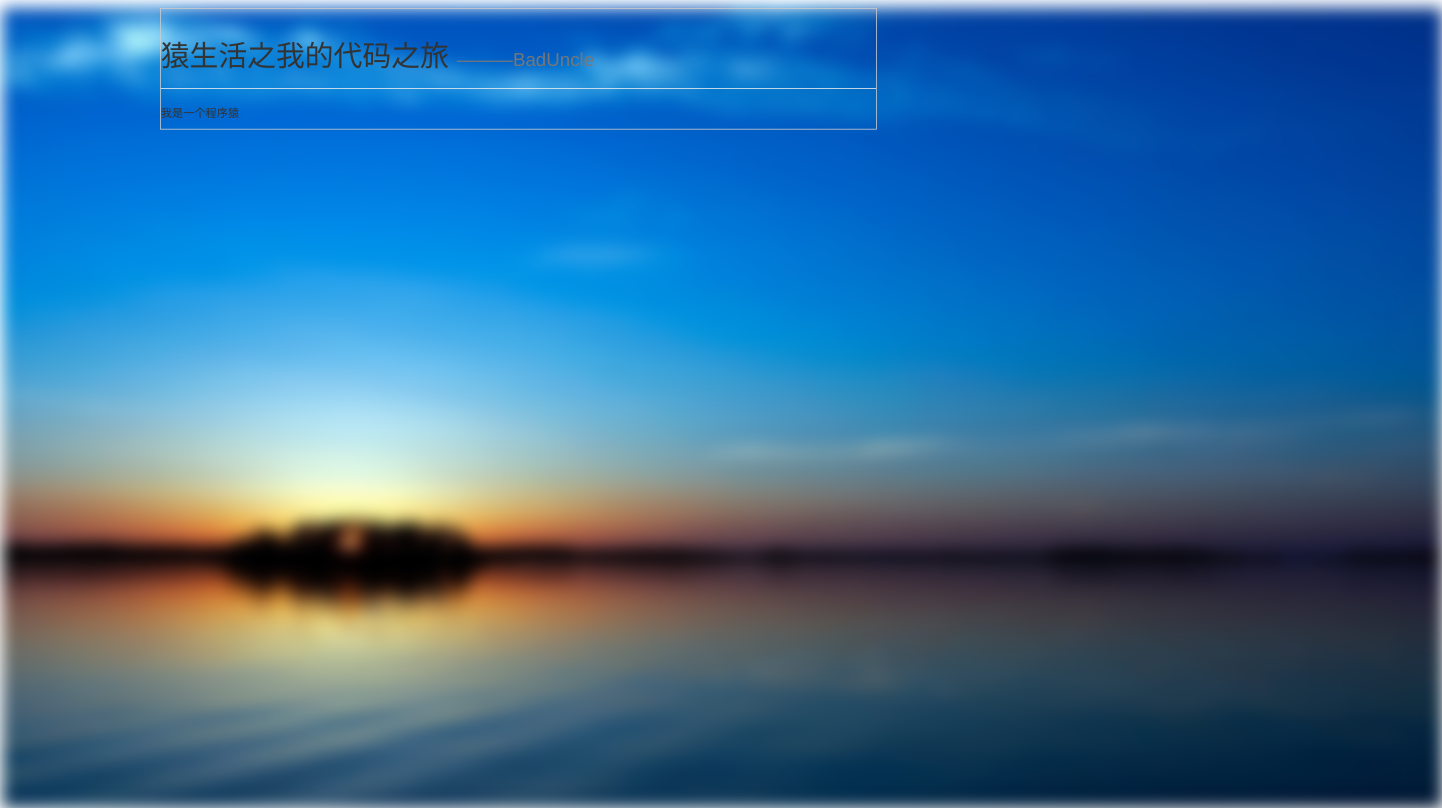
Repository: lidasi/monkeyLife
Page: http://localhost/monkeyLife/jsp/english.jsp
These files come from the project's save history. The page is drawn as it stood at one moment and after the next save; the edit follows.
The browser window is 1280 px wide. The page is 1803 px wide, so the pictures cover 1803 px, including what lies to the right of the window. The pictures show the whole page, at 80% of full size.
The page is served by Tomcat 9.

Above is the page before, as saved 2017-07-13 08:02:25.

After the next save:
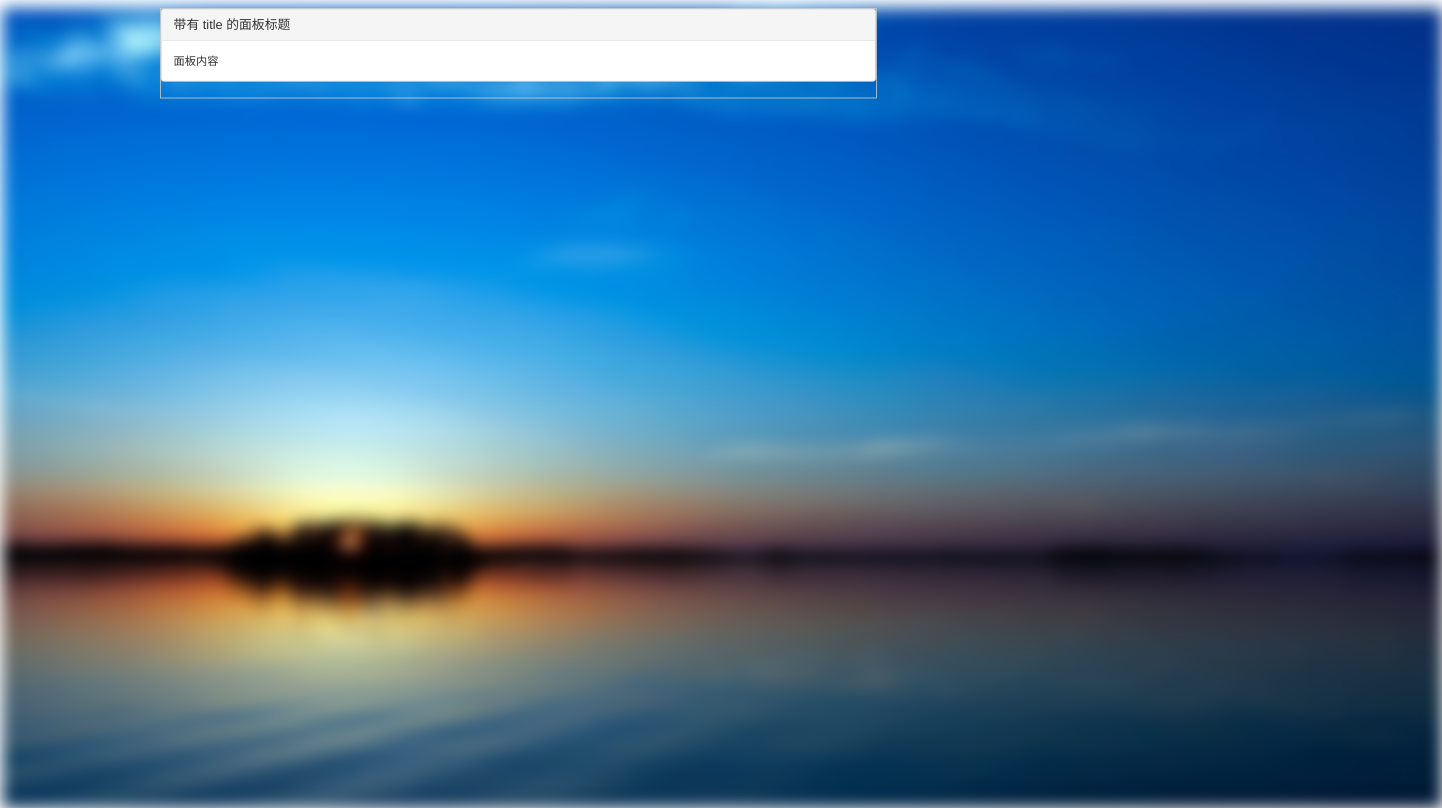
Saved 2 min 1 s later.
--- a/workSpeaces/monkeyLife/WebContent/jsp/english.jsp
+++ b/workSpeaces/monkeyLife/WebContent/jsp/english.jsp
@@ -22,12 +22,16 @@
 		<div id="infoImage"></div>
 	</div>
 	<div id="content">
-		<div class="page-header">
-		    <h1>猿生活之我的代码之旅
-		        <small>———BadUncle</small>
-		    </h1>
+		<div class="panel panel-default">
+		    <div class="panel-heading">
+		        <h3 class="panel-title">
+		            带有 title 的面板标题
+		        </h3>
+		    </div>
+		    <div class="panel-body">
+		        面板内容
+		    </div>
 		</div>
-		<p>我是一个程序猿</p>
 	</div>
 
 </body>
